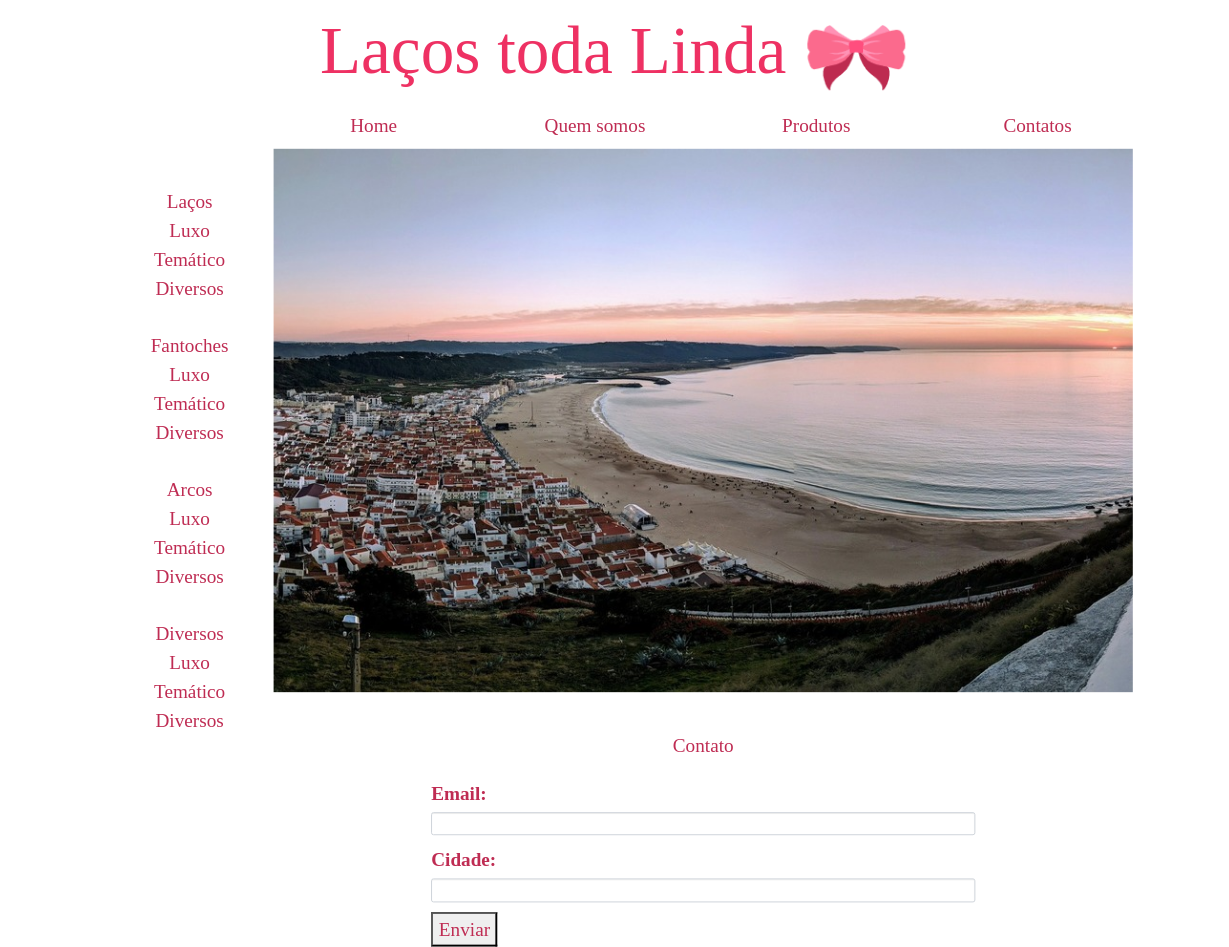
Repository: felipe-camilo/projin2
Page: http://localhost/projetointegrador/contato.jsp
An editor plug-in stored every save of this project. The page is shown before and after the next save, followed by the edit.
The browser window is 1280 px wide. The pictures show the whole page, at 96% of full size.
Some web fonts or font styles are not loaded; a fallback is used. The page is served by Tomcat 9.

Above is the page before, as saved 2022-03-30 03:01:33.
Console error: TypeError: e.indexOf is not a function

After the next save:
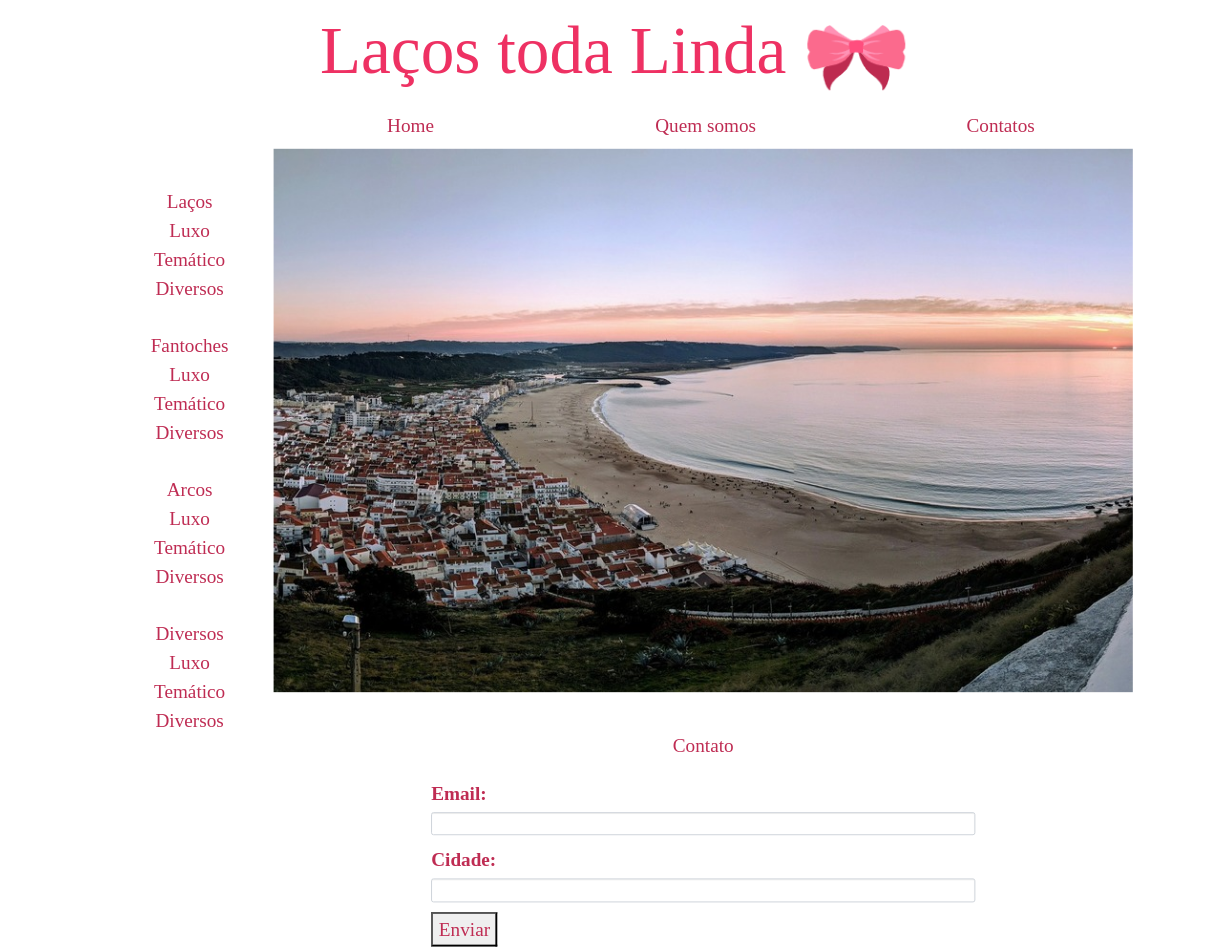
Saved 93 s later.
--- a/projetointegrador/src/main/webapp/contato.jsp
+++ b/projetointegrador/src/main/webapp/contato.jsp
@@ -47,9 +47,6 @@
                         </li>
                         <li class="nav-item">
                             <a class="nav-link texto-categoria" href="quem_somos.jsp">Quem somos</a>
-                        </li>
-                        <li class="nav-item">
-                            <a class="nav-link texto-categoria" href="produtos.jsp">Produtos</a>
                         </li>
                         <li class="nav-item">
                             <a class="nav-link texto-categoria" href="contato.jsp">Contatos</a>
